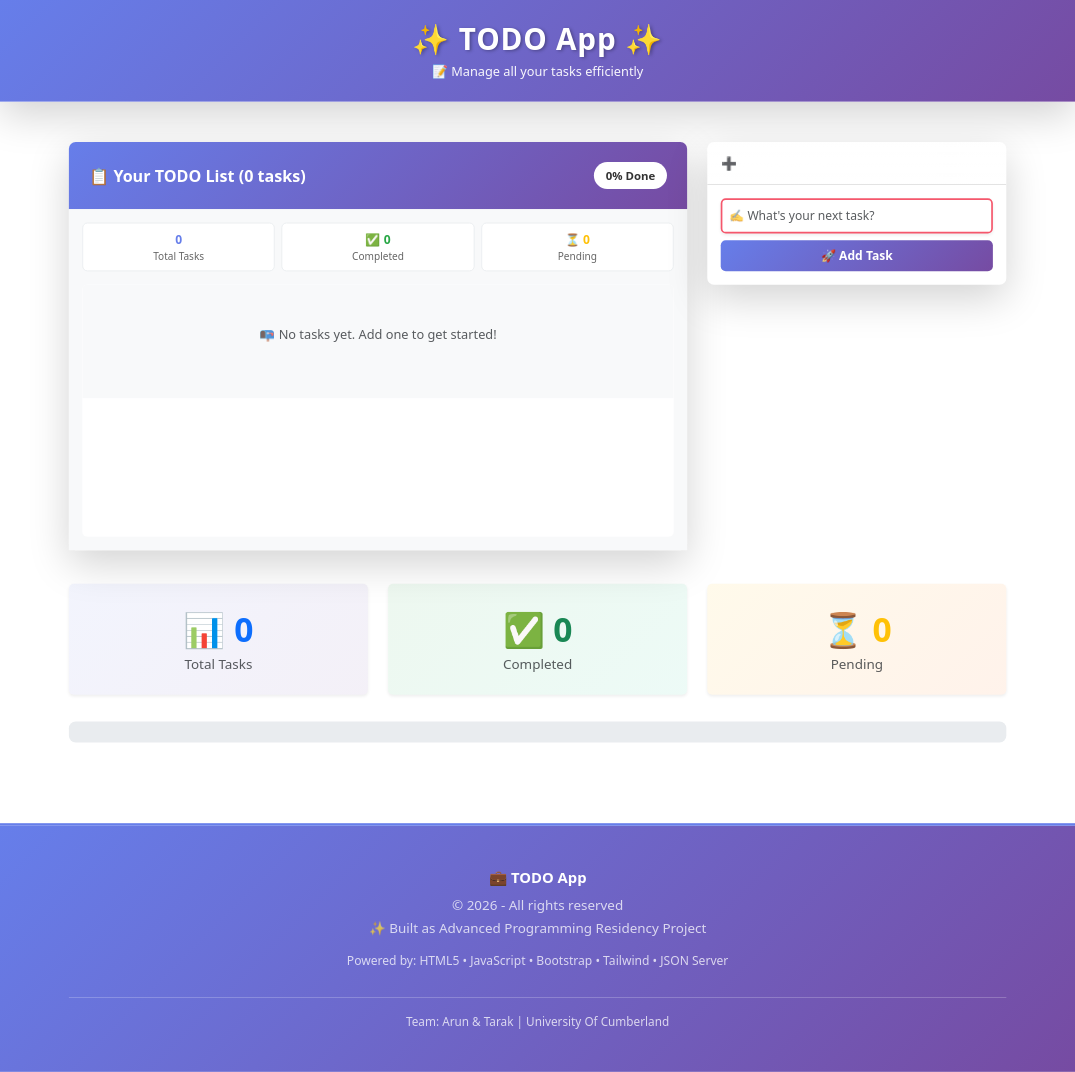
Repository: arunkr12/Master-In-Computer-Science
Page: Advanced Programming Language/Residency Project Team One Arun Javascript Version/TODO/index.html
An editor plug-in stored every save of this project. The page is shown before and after the next save, followed by the edit.
The browser window is 1280 px wide. The pictures show the whole page, at 84% of full size.
The page's requests for data from a server got no answer. Some web libraries are served in a nearby version.

Above is the page before, as saved 2026-02-20 18:52:00.

After the next save:
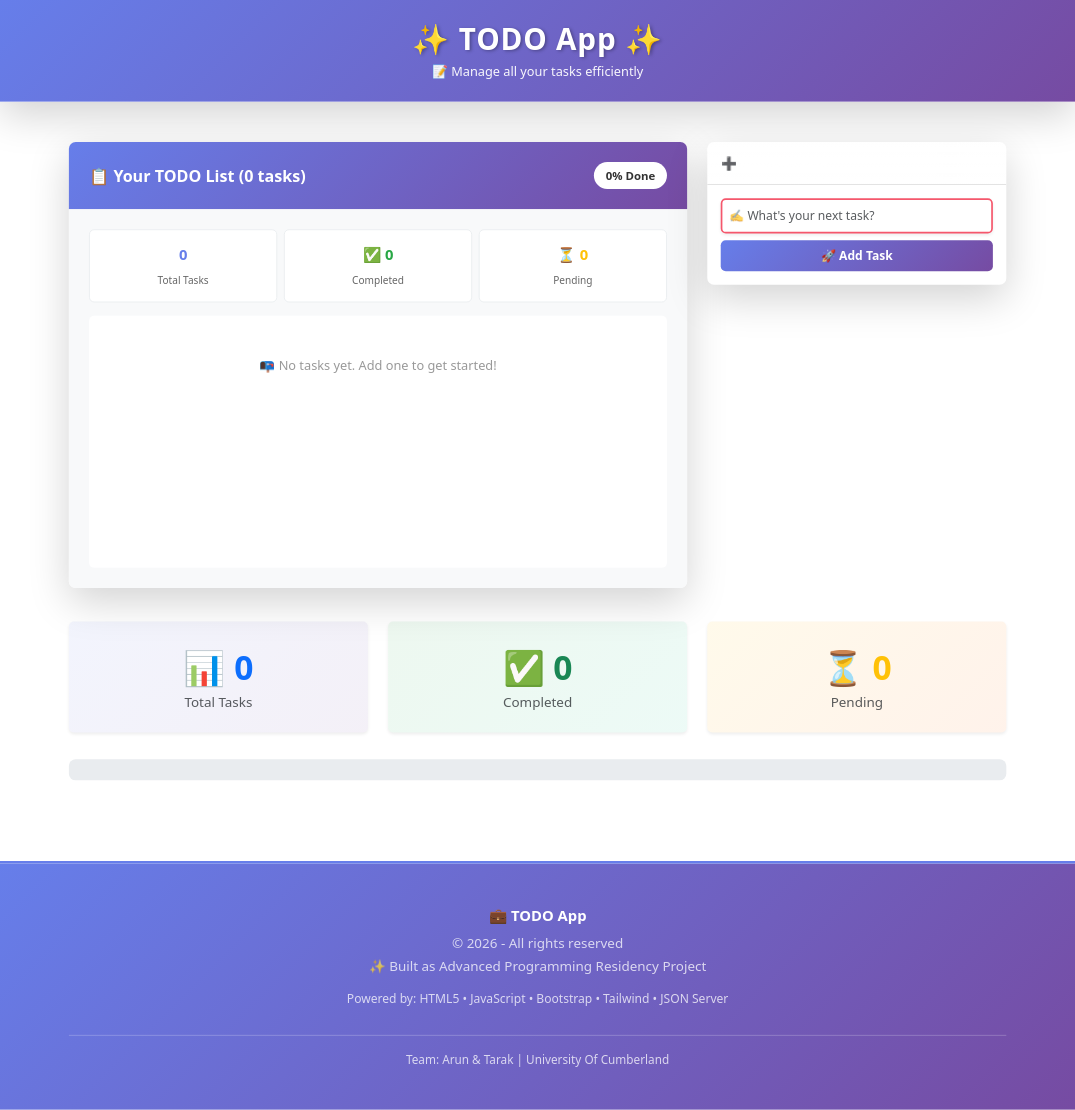
Saved 8 s later.
--- a/Advanced Programming Language/Residency Project Team One Arun Javascript Version/TODO/ToDoList/ToDoList.js
+++ b/Advanced Programming Language/Residency Project Team One Arun Javascript Version/TODO/ToDoList/ToDoList.js
@@ -63,29 +63,29 @@ class ToDoList {
             </span>
           </div>
         </div>
-        <div class="p-3" style="background: #f8f9fa;">
+        <div style="background: #f8f9fa; padding: 1.5rem; border-radius: 0 0 8px 8px;">
           <div class="row g-2 mb-3">
             <div class="col-4">
-              <div class="text-center p-2" style="background: white; border-radius: 6px; border: 1px solid #e9ecef;">
-                <div style="font-size: 0.9rem; color: #667eea; font-weight: bold;">${this.todos.length}</div>
-                <div style="font-size: 0.75rem; color: #666;">Total Tasks</div>
+              <div style="background: white; border-radius: 6px; border: 1px solid #e9ecef; padding: 1rem; text-align: center;">
+                <div style="font-size: 1.1rem; color: #667eea; font-weight: bold;">${this.todos.length}</div>
+                <div style="font-size: 0.75rem; color: #666; margin-top: 0.5rem;">Total Tasks</div>
               </div>
             </div>
             <div class="col-4">
-              <div class="text-center p-2" style="background: white; border-radius: 6px; border: 1px solid #e9ecef;">
-                <div style="font-size: 0.9rem; color: #28a745; font-weight: bold;">✅ ${completedCount}</div>
-                <div style="font-size: 0.75rem; color: #666;">Completed</div>
+              <div style="background: white; border-radius: 6px; border: 1px solid #e9ecef; padding: 1rem; text-align: center;">
+                <div style="font-size: 1.1rem; color: #28a745; font-weight: bold;">✅ ${completedCount}</div>
+                <div style="font-size: 0.75rem; color: #666; margin-top: 0.5rem;">Completed</div>
               </div>
             </div>
             <div class="col-4">
-              <div class="text-center p-2" style="background: white; border-radius: 6px; border: 1px solid #e9ecef;">
-                <div style="font-size: 0.9rem; color: #ffc107; font-weight: bold;">⏳ ${pendingCount}</div>
-                <div style="font-size: 0.75rem; color: #666;">Pending</div>
+              <div style="background: white; border-radius: 6px; border: 1px solid #e9ecef; padding: 1rem; text-align: center;">
+                <div style="font-size: 1.1rem; color: #ffc107; font-weight: bold;">⏳ ${pendingCount}</div>
+                <div style="font-size: 0.75rem; color: #666; margin-top: 0.5rem;">Pending</div>
               </div>
             </div>
           </div>
-          <div style="background: white; border-radius: 6px; padding: 0; overflow: hidden; min-height: 300px;">
-            ${todosHtml || '<div class="text-center text-muted py-5" style="background: #f8f9fa;"><p style="font-size: 0.95rem;">📭 No tasks yet. Add one to get started!</p></div>'}
+          <div style="background: white; border-radius: 6px; padding: 1rem; overflow-y: auto; min-height: 300px; max-height: 500px;">
+            ${todosHtml || '<div style="text-align: center; color: #999; padding: 2rem;"><p style="font-size: 0.95rem;">📭 No tasks yet. Add one to get started!</p></div>'}
           </div>
         </div>
       </div>
